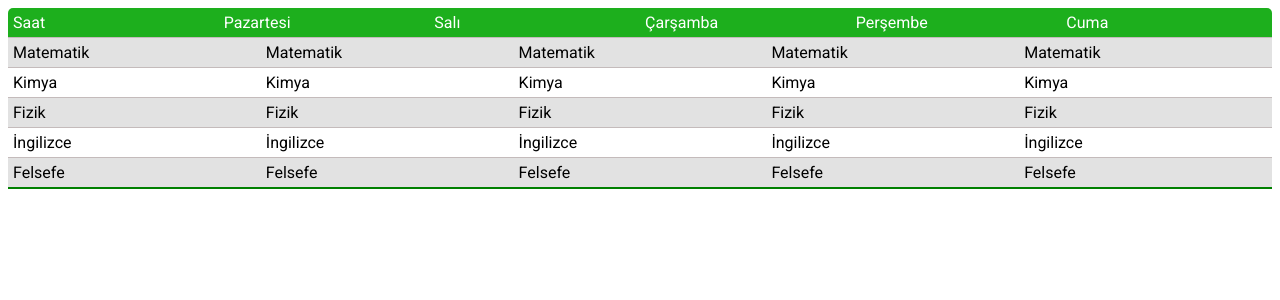
Repository: ahmetbugraozcan/css-ders-programi
Page: deneme.html
An editor plug-in stored every save of this project. The page is shown before and after the next save, followed by the edit.
The browser window is 1280 px wide. The pictures show the whole page.

Above is the page before, as saved 2021-07-10 09:49:20.

### deneme.html
<!DOCTYPE html>
<html lang="en">

<head>
    <link href='http://fonts.googleapis.com/css?family=Roboto' rel='stylesheet' type='text/css'>

    <meta charset="UTF-8">
    <meta http-equiv="X-UA-Compatible" content="IE=edge">
    <meta name="viewport" content="width=device-width, initial-scale=1.0">
    <title>Document</title>
</head>
<style>

body {
          font-family: 'Roboto', sans-serif;
        }

    header {
        background-color: rgb(29, 175, 29);
        color: white;
        border-radius: 5px 5px 0 0;
    }

    header,
    .row {
        display: flex;
        /* aligns all child elements (flex items) in a row */
    }

    .col :nth-of-type(odd){
        background-color:rgb(226, 226, 226) ;
    }
    .col :last-child {
        border-bottom: 2px solid green;
    }

    .col > div , header > div{
        padding: 5px;
        border-bottom: 1px solid rgb(196, 187, 187);

    }


    .col {
        flex: 1;
        /* distributes space on the line equally among items */
    }
</style>

<body>

    <header>
        <div class="col">Saat</div>
        <div class="col">Pazartesi</div>
        <div class="col">Salı</div>
        <div class="col">Çarşamba</div>
        <div class="col">Perşembe</div>
        <div class="col">Cuma</div>
    </header>
    <div class="row">
        <div class="col">
            <div>Matematik</div>
            <div>Kimya</div>

            <div>Fizik</div>
            <div>İngilizce</div>
            <div>Felsefe</div>
        </div>
        <div class="col"><div>Matematik</div><div>Kimya</div>
            <div>Fizik</div>
            <div>İngilizce</div>
            <div>Felsefe</div>
        </div>
        <div class="col"><div>Matematik</div>
            <div>Kimya</div>
            <div>Fizik</div>
            <div>İngilizce</div>
            <div>Felsefe</div>
        </div>
        <div class="col"><div>Matematik</div><div>Kimya</div>
            <div>Fizik</div>
            <div>İngilizce</div>
            <div>Felsefe</div>
        </div>
        <div class="col"><div>Matematik</div>
            <div>Kimya</div>
            <div>Fizik</div>
            <div>İngilizce</div>
            <div>Felsefe</div>
        </div>
    </div>
</body>

</html>

After the next save:
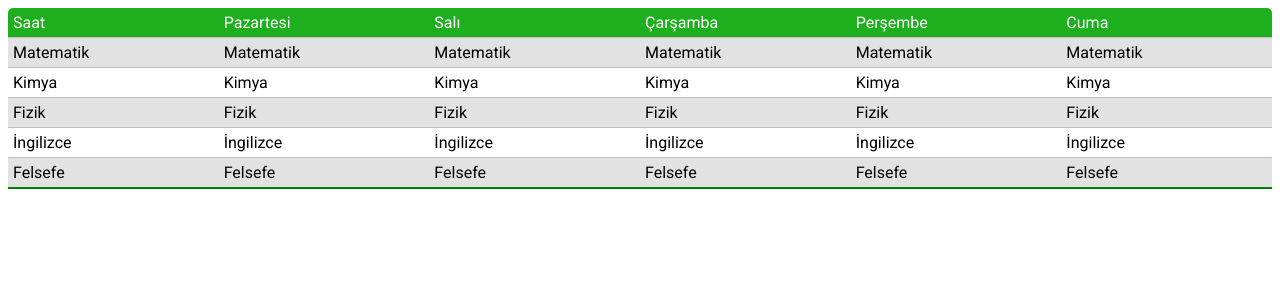
Saved 10 s later.
--- a/deneme.html
+++ b/deneme.html
@@ -61,7 +61,13 @@ body {
         <div class="col">
             <div>Matematik</div>
             <div>Kimya</div>
-
+            <div>Fizik</div>
+            <div>İngilizce</div>
+            <div>Felsefe</div>
+        </div>
+        <div class="col">
+            <div>Matematik</div>
+            <div>Kimya</div>
             <div>Fizik</div>
             <div>İngilizce</div>
             <div>Felsefe</div>

After the save that followed:
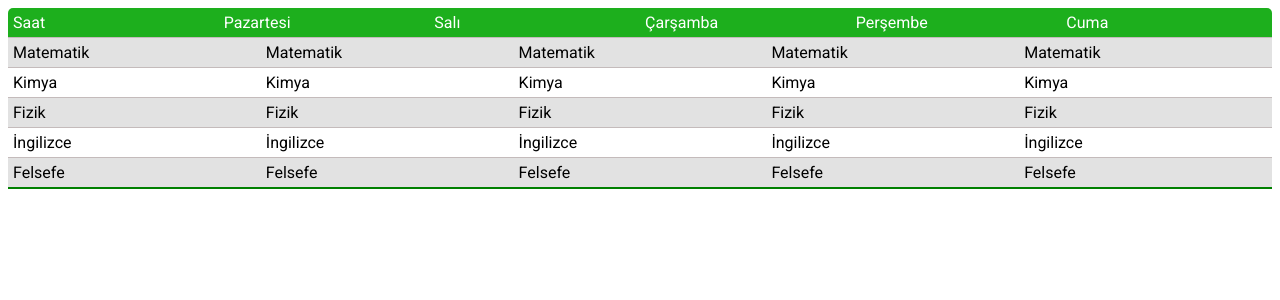
Saved 5 s later.
--- a/deneme.html
+++ b/deneme.html
@@ -65,13 +65,6 @@ body {
             <div>İngilizce</div>
             <div>Felsefe</div>
         </div>
-        <div class="col">
-            <div>Matematik</div>
-            <div>Kimya</div>
-            <div>Fizik</div>
-            <div>İngilizce</div>
-            <div>Felsefe</div>
-        </div>
         <div class="col"><div>Matematik</div><div>Kimya</div>
             <div>Fizik</div>
             <div>İngilizce</div>
